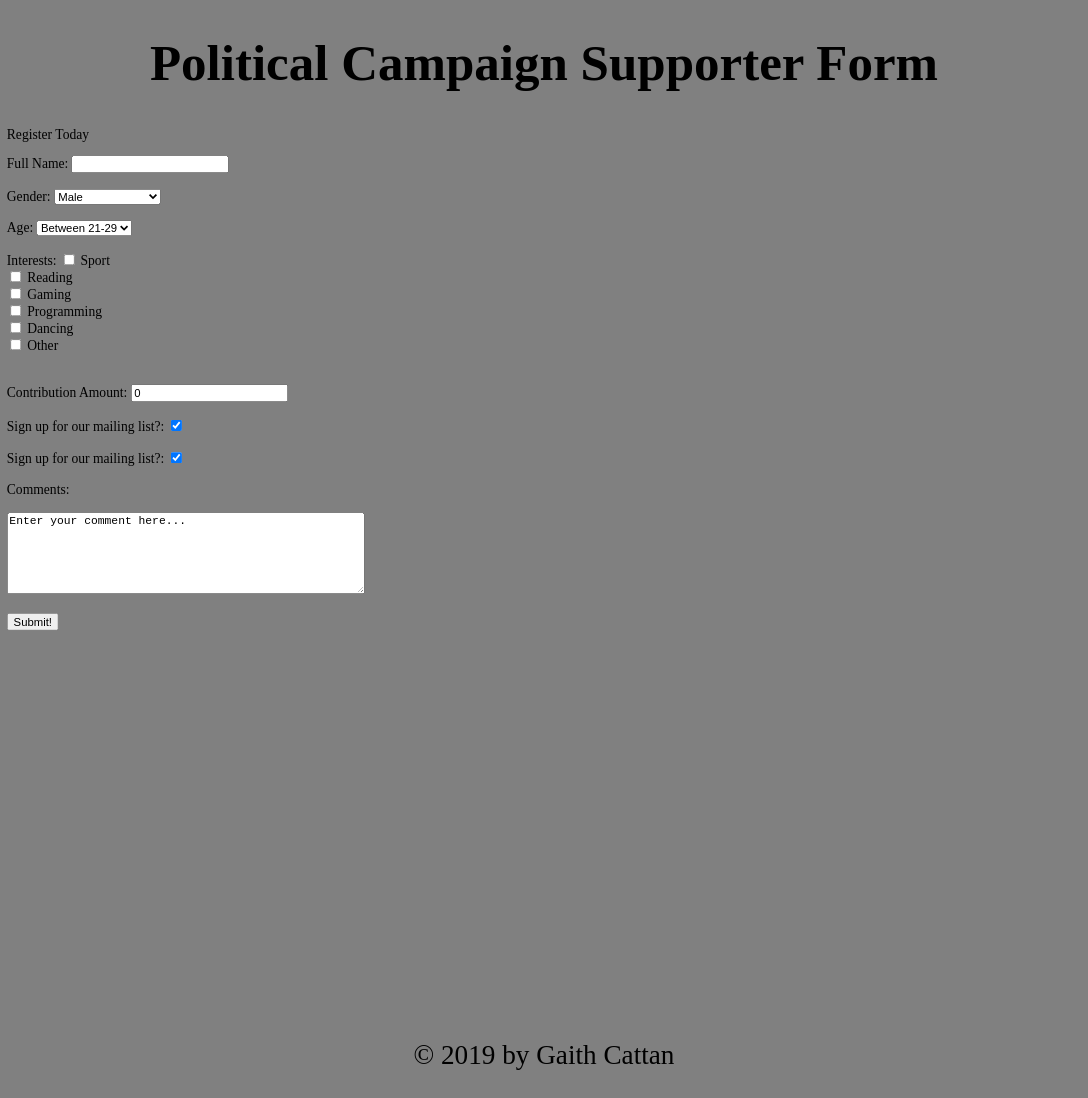
Repository: GaithCattan/COSW30
Page: labwork/lab2/contact.html
The author's editor kept a record of every edit. The page is drawn from the files as they stood at one moment, then again after the next edit.
The browser window is 1280 px wide. The pictures show the whole page, at 85% of full size.

Above is the page before.

After the next edit:
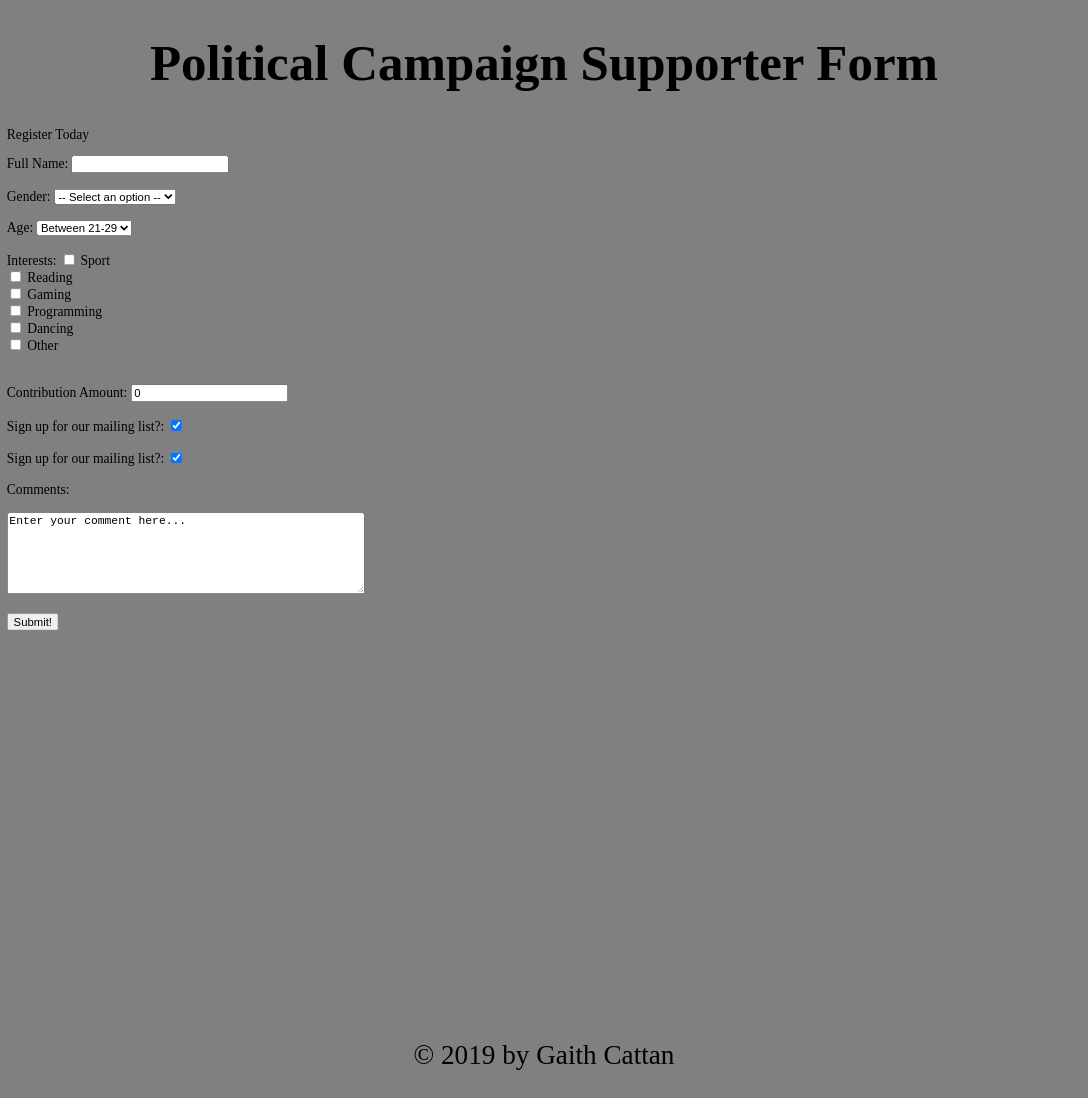
The edit:
--- a/labwork/lab2/contact.html
+++ b/labwork/lab2/contact.html
@@ -23,7 +23,8 @@
              <br><br>
 
              <lable for="gender">Gender:
-                 <select name:"gender" required>
+                 <select name:"gender" value="" required>
+                     <option disabled selected value> -- Select an option -- </option>
                      <option value="male">Male</option>
                      <option value="female">Female</option>
                      <option value="other">Other</option>
